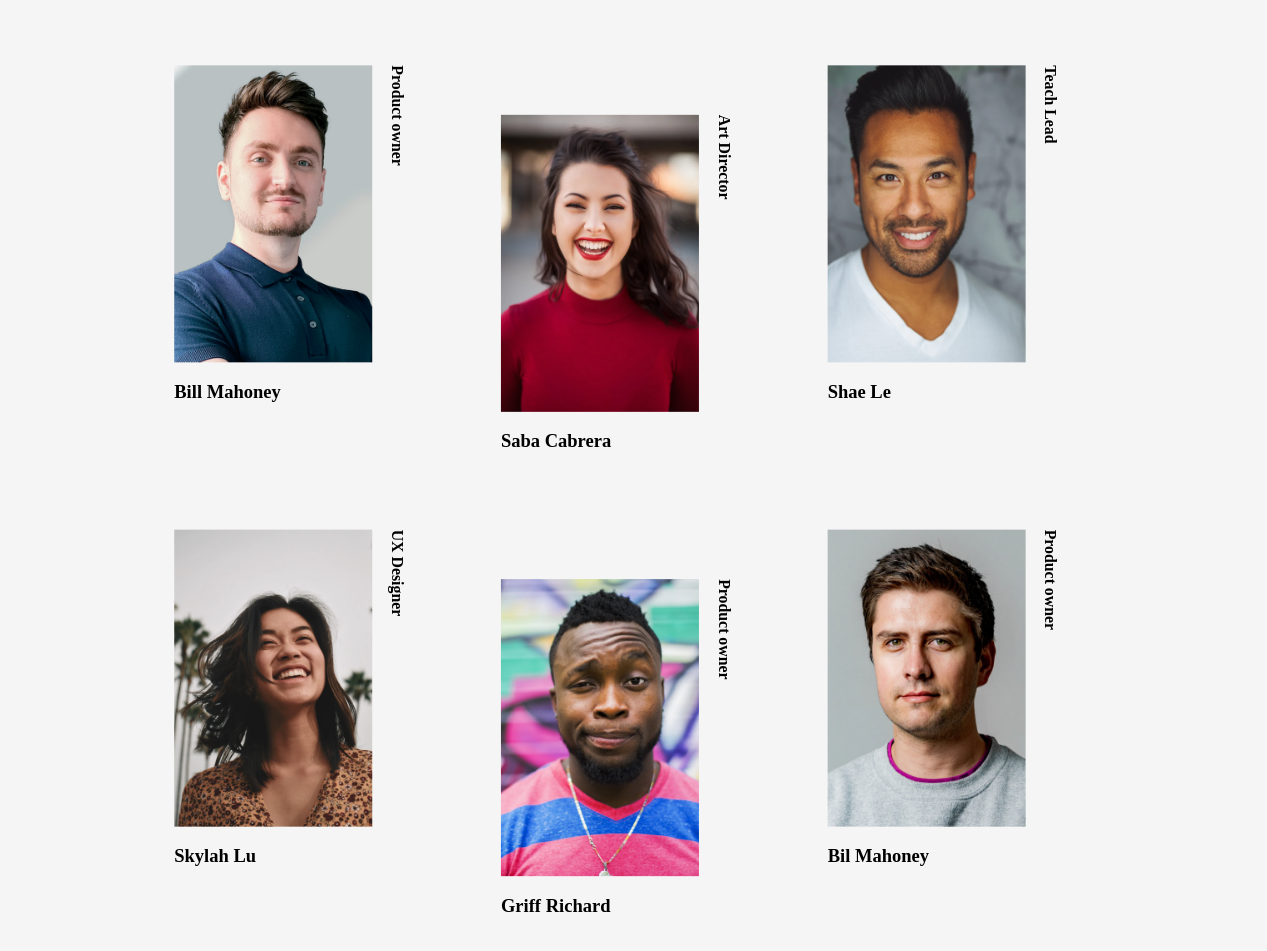
Repository: georgisenze/my-team-page-challeng
Page: index.html
The author's editor kept a copy of each file at every save. The page is drawn from the files as they stood at one save, then again after the next save.
The browser window is 1280 px wide. The pictures show the whole page, at 99% of full size.

Above is the page before, as saved 2023-02-22 22:29:09.

### index.html
<!DOCTYPE html>
<html lang="en">
<head>
    <meta charset="UTF-8">
    <meta http-equiv="X-UA-Compatible" content="IE=edge">
    <meta name="viewport" content="width=device-width, initial-scale=1.0">
    <title>My team page</title>

    <link rel="stylesheet" href="assets/css/style.css">
</head>
<body>
     <div class="container" id="container">
        <div class="box">
            <span>
                <img src="assets/img/photo1.png" alt="">
                <p>Product owner</p>
            </span>
            <h3>Bill Mahoney</h3>
        </div>
        <div class="box-centre">
            <span>
                <img src="assets/img/photo2.png" alt="">
                <p>Art Director</p>
            </span>
            <h3>Saba Cabrera</h3>
        </div>
        <div class="box">
            <span>
                <img src="assets/img/photo3.png" alt="">
                <p>Teach Lead</p>
            </span>
            <h3>Shae Le</h3>
        </div>
        <div class="box">
            <span>
                <img src="assets/img/photo4.png" alt="">
                <p>UX Designer</p>
            </span>
            <h3>Skylah Lu</h3>
        </div>
        <div class="box-centre">
            <span>
                <img src="assets/img/photo5.png" alt="">
                <p>Product owner</p>
            </span>
            <h3>Griff Richard</h3>
        </div>
        <div class="box">
            <span>
                <img src="assets/img/photo6.png" alt="">
                <p>Product owner</p>
            </span>
            <h3>Bil Mahoney</h3>
        </div>
      </div>
</body>
</html>

### assets/css/style.css
  body{
    margin: 0;
    padding: 0;
    background-color: whitesmoke;
  }

  .container {
    writing-mode: horizontal-tb;
    display: grid;
    justify-content: center;
    justify-items: center;
    align-items: center;
    align-content: center;
    grid-template-columns: 320px 320px 320px;
    /* grid-template-rows: repeat(2,minmax(100px, auto)); */
    grid-auto-flow: row;
    gap: 10px;
    padding: 1em;
  }

  .box-centre{
    padding-top: 100px;
  }

  img {
    width: 200px;
    height: 300px;
  }

  span{
    display: flex;
  }

  span p {
    writing-mode: vertical-rl;
    text-orientation: mixed;
    font-weight: bold;
  }

  label {
    --flow-space: 1rem;
    display: grid;
    grid-template-columns: 180px min-content;
    gap: 0.2rem;
  }

After the next save:
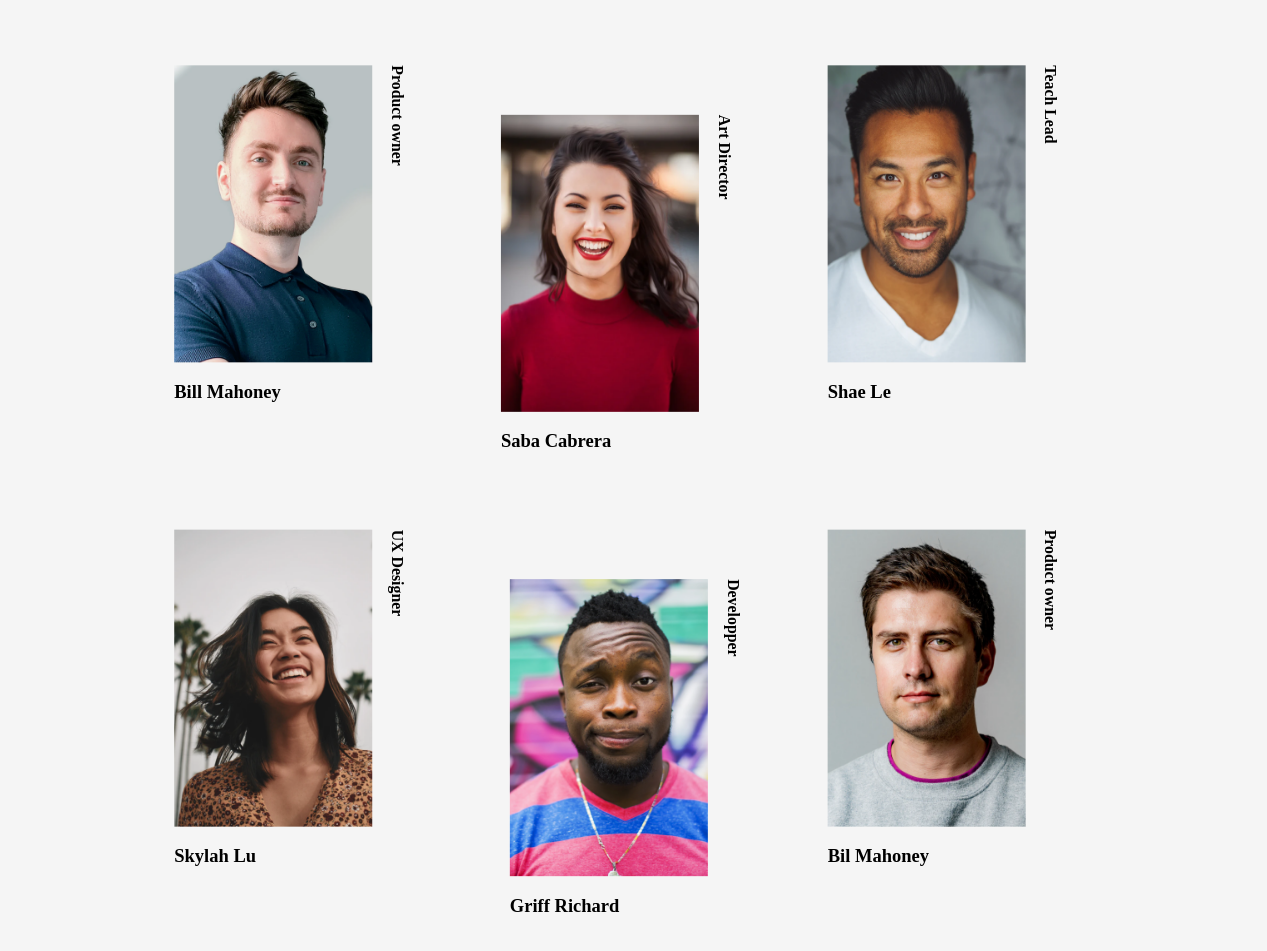
Saved 8 s later.
--- a/index.html
+++ b/index.html
@@ -41,7 +41,7 @@
         <div class="box-centre">
             <span>
                 <img src="assets/img/photo5.png" alt="">
-                <p>Product owner</p>
+                <p>Developper</p>
             </span>
             <h3>Griff Richard</h3>
         </div>
